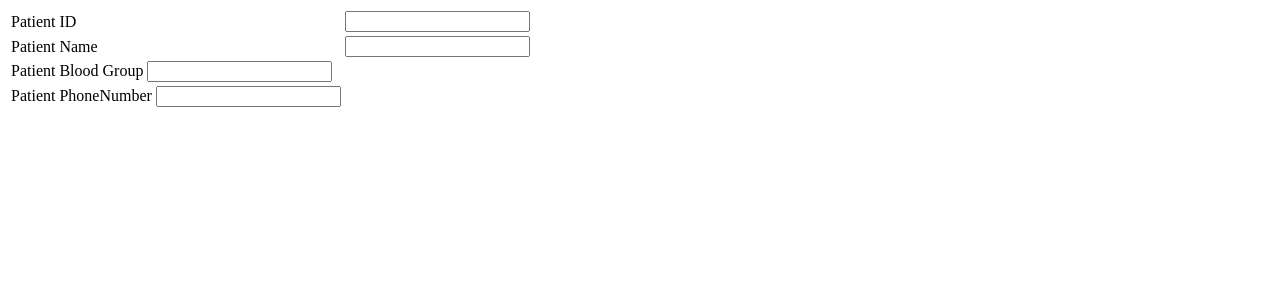
Repository: kishangk10/AllJava
Page: eclipse-workspace/project.patient/src/main/webapp/insert.html
The author's editor kept a copy of each file at every save. The page is drawn from the files as they stood at one save, then again after the next save.
The browser window is 1280 px wide. The pictures show the whole page.

Above is the page before, as saved 2023-02-16 06:42:27.

### eclipse-workspace/project.patient/src/main/webapp/insert.html
<!DOCTYPE html>
<html>
<head>
<meta charset="ISO-8859-1">
<title>Insert title here</title>
</head>
<body>

<form action="">
<table>
<tr>
<td>
<label for="id">Patient ID</label>
</td>
<td>
<input type="text" id="id" name="pid">
</td>
</tr>
<tr>
<td>
<label>Patient Name</label>
</td>
<td>
<input type="text" name="pname">
</td>
</tr>
<tr>
<td>
Patient Blood Group <input type="text" name="pbg">
</td>
</tr>
<tr>
<td>
Patient PhoneNumber <input type="text" name="pnumber">
</td>
</tr>
</table>
</form>



</body>
</html>

After the next save:
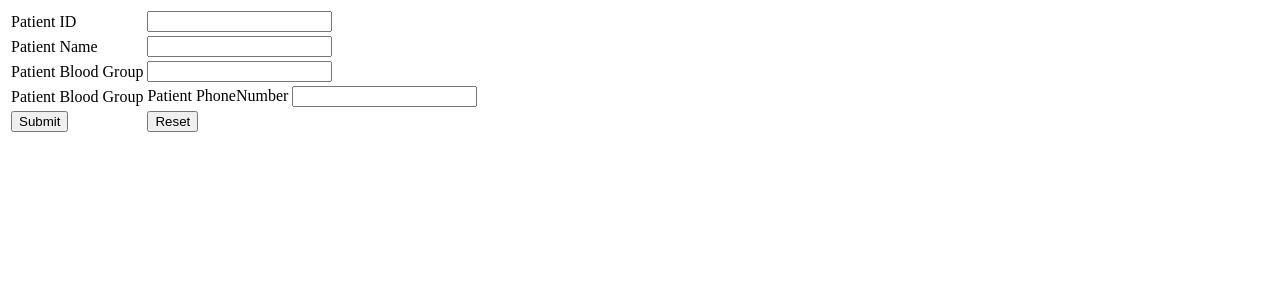
Saved 5 min 10 s later.
--- a/eclipse-workspace/project.patient/src/main/webapp/insert.html
+++ b/eclipse-workspace/project.patient/src/main/webapp/insert.html
@@ -26,13 +26,23 @@
 </tr>
 <tr>
 <td>
-Patient Blood Group <input type="text" name="pbg">
+<label>Patient Blood Group</label>
+</td>
+<td>
+<input type="text" name="pbg">
 </td>
 </tr>
 <tr>
 <td>
+<label>Patient Blood Group</label>
+</td>
+<td>
 Patient PhoneNumber <input type="text" name="pnumber">
 </td>
+</tr>
+<tr>
+<td><button type="submit">Submit</button></td>
+<td><button type="reset">Reset</button></td>
 </tr>
 </table>
 </form>
